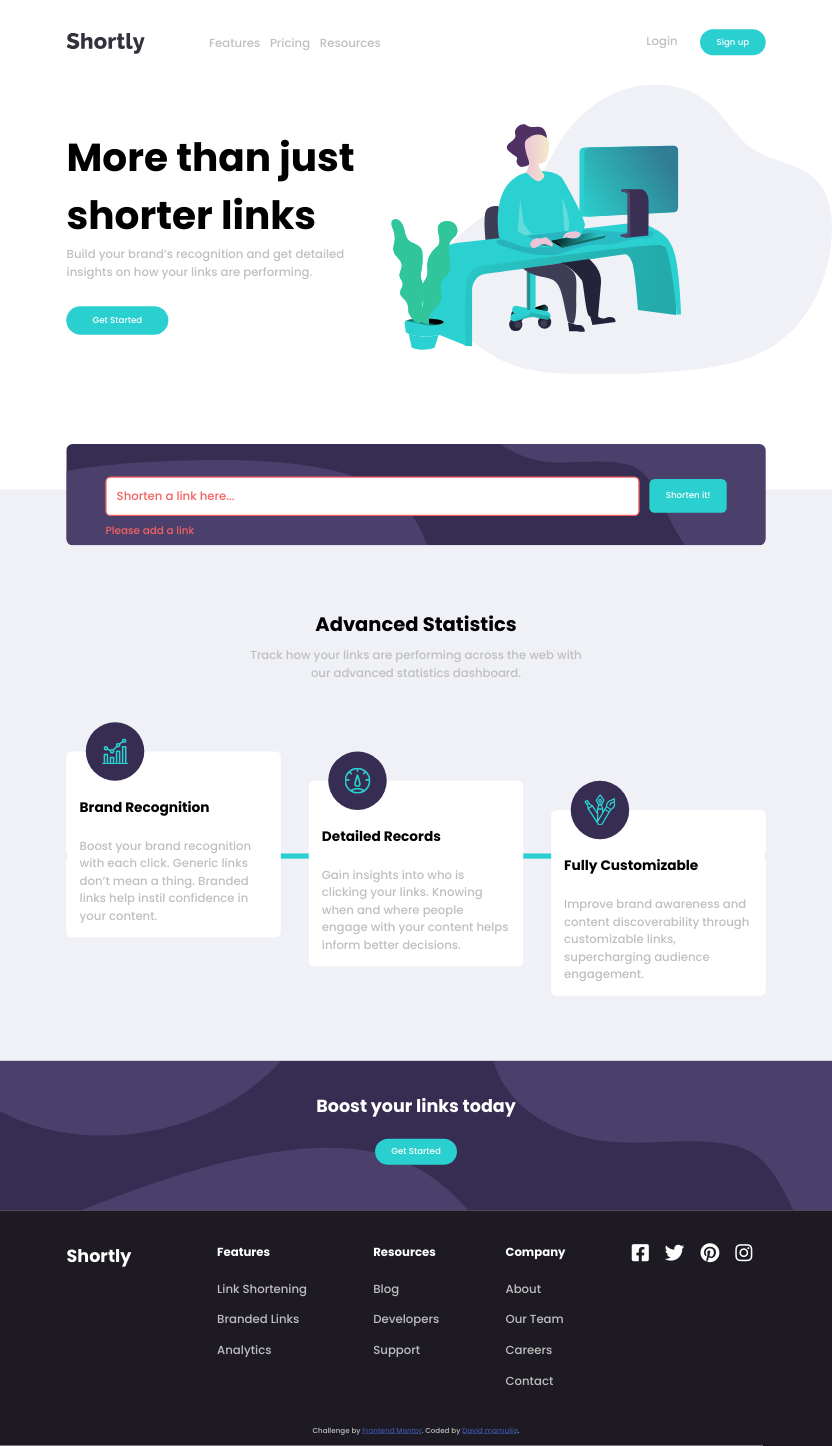
Repository: mamulini/URL-shortener
Page: index.html
These files come from the project's save history. The page is drawn as it stood at one moment and after the next save; the edit follows.
The browser window is 1280 px wide. The pictures show the whole page, at 65% of full size.
Some web libraries are served in a nearby version. The style sheet was rebuilt from its Sass, Less or Tailwind sources for each picture, by a compiler version that may differ from the author's.

Above is the page before, as saved 2020-04-17 15:06:33.

After the next save:
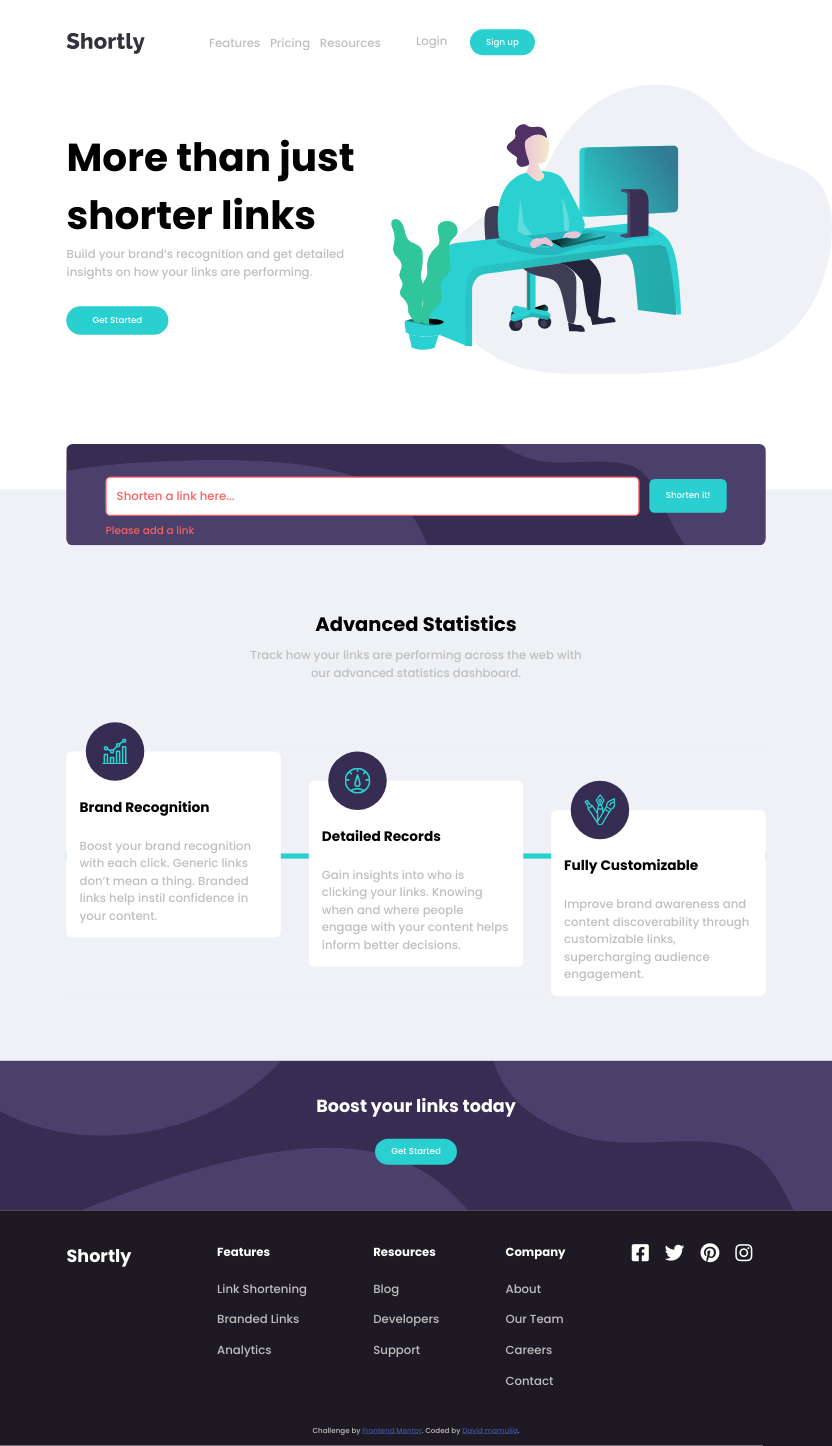
Saved 22 s later.
--- a/sass/main.scss
+++ b/sass/main.scss
@@ -67,7 +67,7 @@
 
 .user{
     flex: 0 0 50%;
-    text-align: right;
+    // text-align: right;
 
     &__login{
         color: $text_gray;

After the save that followed:
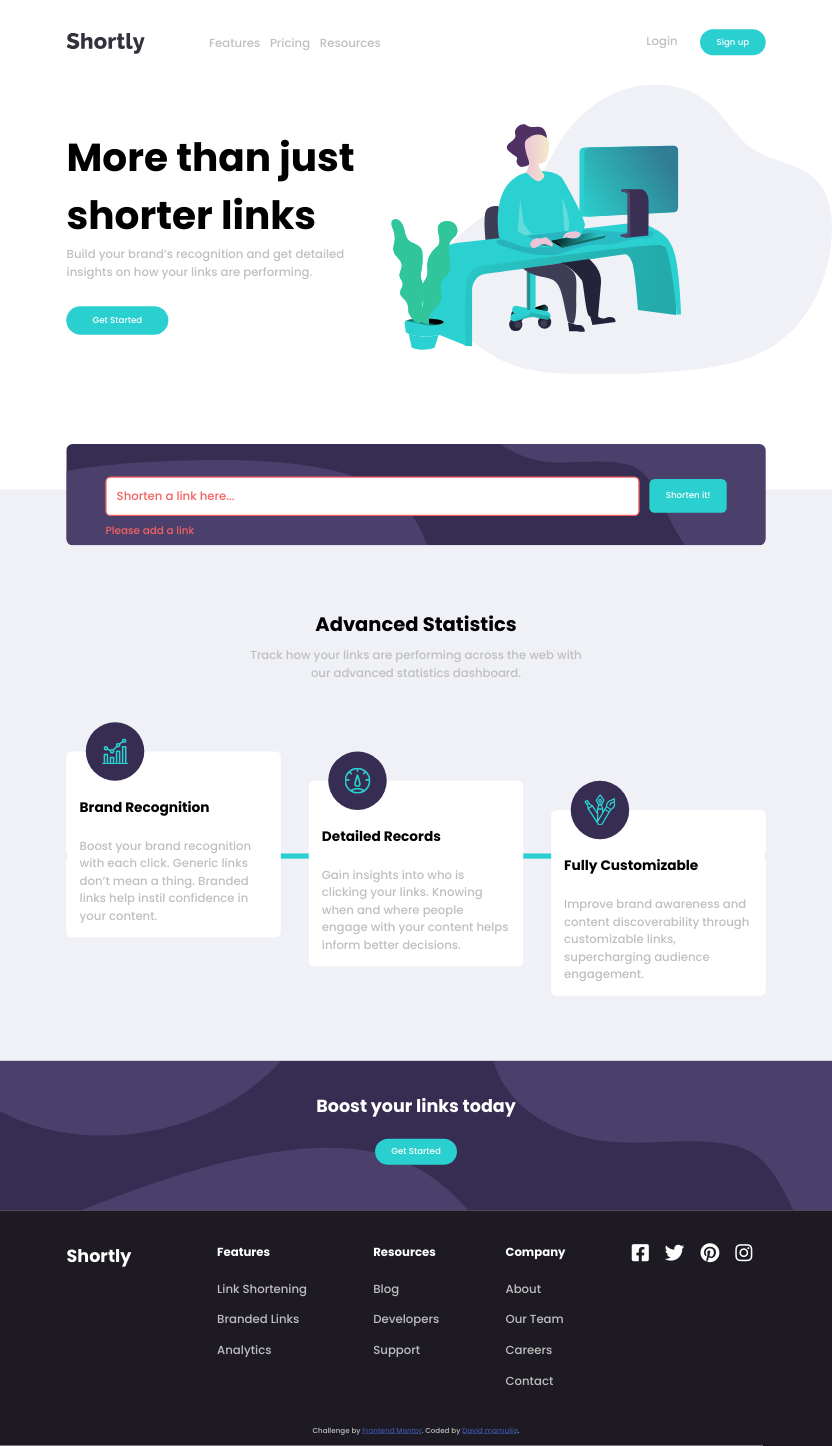
Saved 9 s later.
--- a/sass/main.scss
+++ b/sass/main.scss
@@ -67,7 +67,7 @@
 
 .user{
     flex: 0 0 50%;
-    // text-align: right;
+    text-align: right;
 
     &__login{
         color: $text_gray;
